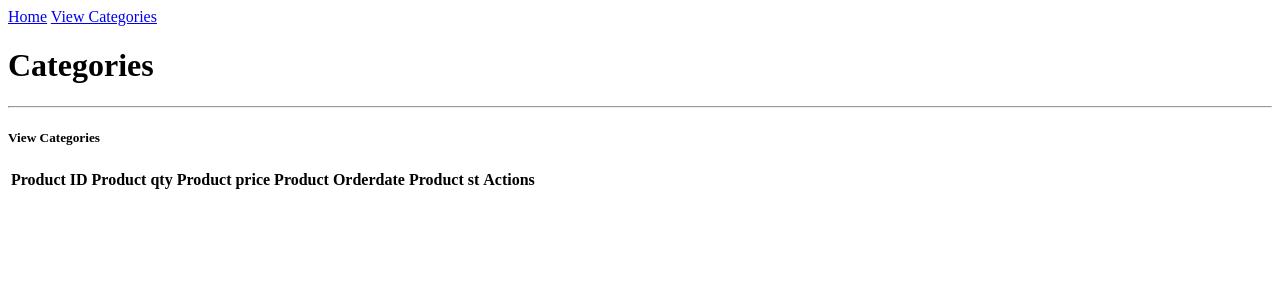
Repository: Raisul1239/Test
Page: resources/views/product/view-product.blade.php
These files come from the project's save history. The page is drawn as it stood at one moment and after a run of saves; the edit follows.
The browser window is 1280 px wide. The pictures show the whole page.
The page is served by the project's Laravel application, run on PHP 8.4 with Laravel 8. Other server files are loaded and not shown. The template is opened directly, without the code that normally fills it, so the values that code supplies are empty.

Above is the page before, as saved 2020-09-09 14:40:55.

### routes/web.php
<?php

/*
|--------------------------------------------------------------------------
| Web Routes
|--------------------------------------------------------------------------
|
| Here is where you can register web routes for your application. These
| routes are loaded by the RouteServiceProvider within a group which
| contains the "web" middleware group. Now create something great!
|
*/

Route::get('/', function () {
    return view('welcome');
});

Auth::routes();

Route::get('/home', 'HomeController@index')->name('home');
Route::get('/add_category', 'CategoryController@index')->name('add_category');
Route::match(['get', 'post'], 'add-category', 'CategoryController@addCategory');
Route::get('view-categories', 'CategoryController@viewCategories');
Route::match(['get', 'post'], 'edit-category/{id}', 'CategoryController@editCategory');
Route::match(['get', 'post'], 'delete-category/{id}', 'CategoryController@deleteCategory');


Route::get('/add_product', 'ProductController@index')->name('add_product');
Route::match(['get', 'post'], 'add-product', 'ProductController@addProduct');

### resources/views/product/view-product.blade.php
<div id="content">
    <div id="content-header">
        <div id="breadcrumb"> <a href="#" title="Go to Home" class="tip-bottom"><i class="icon-home"></i> Home</a> <a href="#" class="current">View Categories</a> </div>
        <h1>Categories</h1>
    </div>
    @if(Session::has('flash_message_error'))
    <div class="alert alert-error alert-block">
        <button type-"button" class="close" data-dismiss="alert">x</button>
        <strong>{!!session('flash_message_error')!!}</strong>
    </div>
    @endif

    @if(Session::has('flash_message_success'))
    <div class="alert alert-error alert-block">
        <button type-"button" class="close" data-dismiss="alert">x</button>
        <strong>{!!session('flash_message_success')!!}</strong>
    </div>
    @endif
    <div class="container-fluid">
        <hr>
        <div class="row-fluid">
            <div class="span12">

                <div class="widget-box">
                    <div class="widget-title"> <span class="icon"><i class="icon-th"></i></span>
                        <h5>View Categories</h5>
                    </div>
                    <div class="widget-content nopadding">
                        <table class="table table-bordered data-table">
                            <thead>
                                <tr>
                                    <th>Product ID</th>
                                    <th>Product qty</th>
                                    <th>Product price</th>
                                    <th>Product Orderdate</th>
                                    <th>Product st</th>

                                    <th>Actions</th>
                                </tr>
                            </thead>
                            <tbody>
                                @foreach($categories as $category)
                                <tr class="gradeX">
                                    <td>{{$category->id}}</td>
                                    <td>{{$category->name}}</td>
                                    <td>{{$category->url}}</td>


                                    <script>
                                        $(document).ready(function() {
                                                    $("#delCat").click(function() {
                                                            if (confirm('Are you sure you want to delete this category?')) {
                                                                return true;
                                                            }
                                                            return false;
                                                        }
                                                    });
                                    </script>
                                    <td class="center"><a href="{{url('edit-category/'.$category->id)}}" class="btn btn-primary btn-mini">Edit</a> <a onclick="return confirm('Are you sure you want to delete this item')" href="{{url('delete-category/'.$category->id)}}" class="btn btn-danger btn-mini">Delete</a></td>
                                </tr>
                                @endforeach
                            </tbody>
                        </table>
                    </div>
                </div>
            </div>
        </div>
    </div>
</div>

Loaded but not shown: app/Providers/AppServiceProvider.php (common file); app/Http/Controllers/Auth/LoginController.php (common file); app/Http/Controllers/Controller.php (common file)

After the next 2 saves:
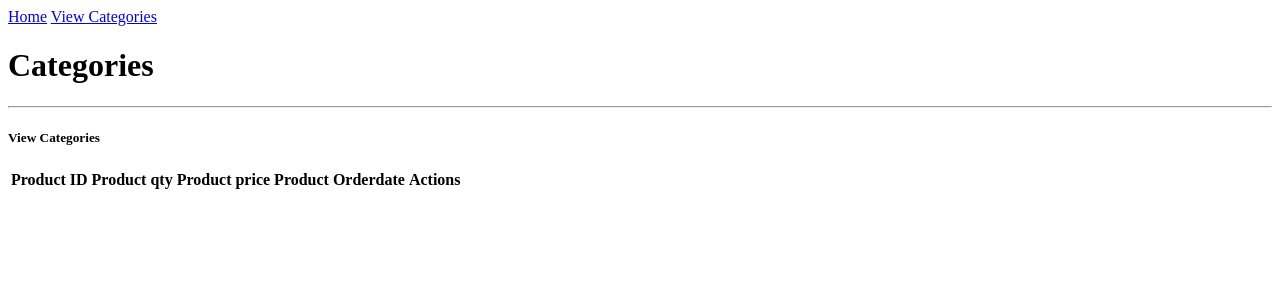
The 2 saves are shown as one change because they came seconds apart.
The last was saved 6 s later.
--- a/resources/views/product/view-product.blade.php
+++ b/resources/views/product/view-product.blade.php
@@ -33,7 +33,7 @@
                                     <th>Product qty</th>
                                     <th>Product price</th>
                                     <th>Product Orderdate</th>
-                                    <th>Product st</th>
+
 
                                     <th>Actions</th>
                                 </tr>
